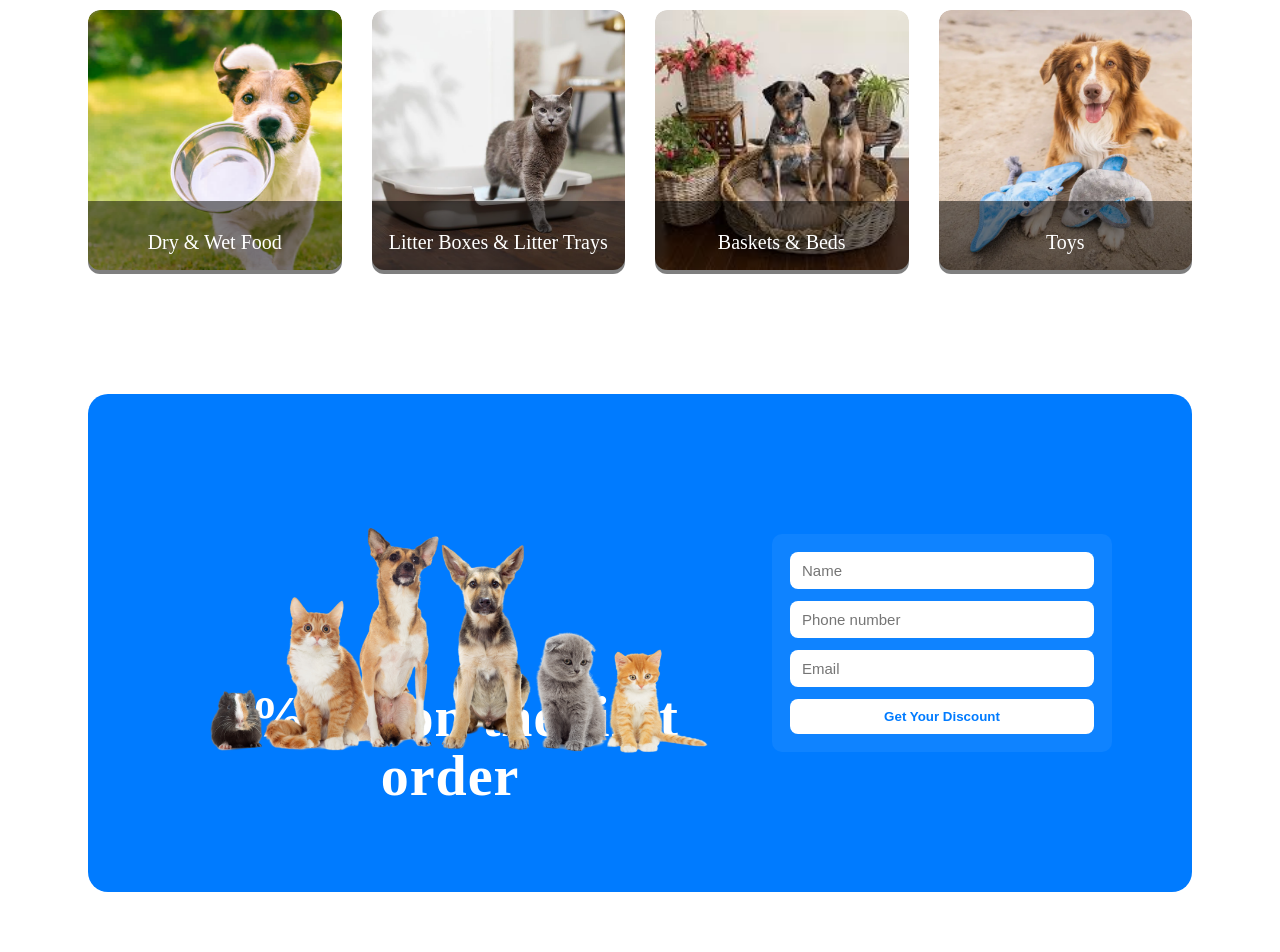
Repository: JuliiaJuliia/pet-shop-frontend
Page: / (app in pet-shop-frontend/)
These files come from the project's save history. The page is drawn as it stood at one moment and after a run of saves; the edit follows.
The browser window is 1280 px wide. The pictures show the part of the page from y = 773 to 1725 px (the page is 1725 px tall).
The project was rebuilt for these pictures with package versions that can differ from the ones it lists, and the page was loaded fresh each time. Also part of the build but not shown: pet-shop-frontend/vite.config.js, pet-shop-frontend/src/pages/CheckoutPage.jsx, pet-shop-frontend/src/api/axios.js, pet-shop-frontend/src/components/ProductList.jsx.

Above is the page before, as saved 2025-11-06 14:54:04.

After the next 2 saves:
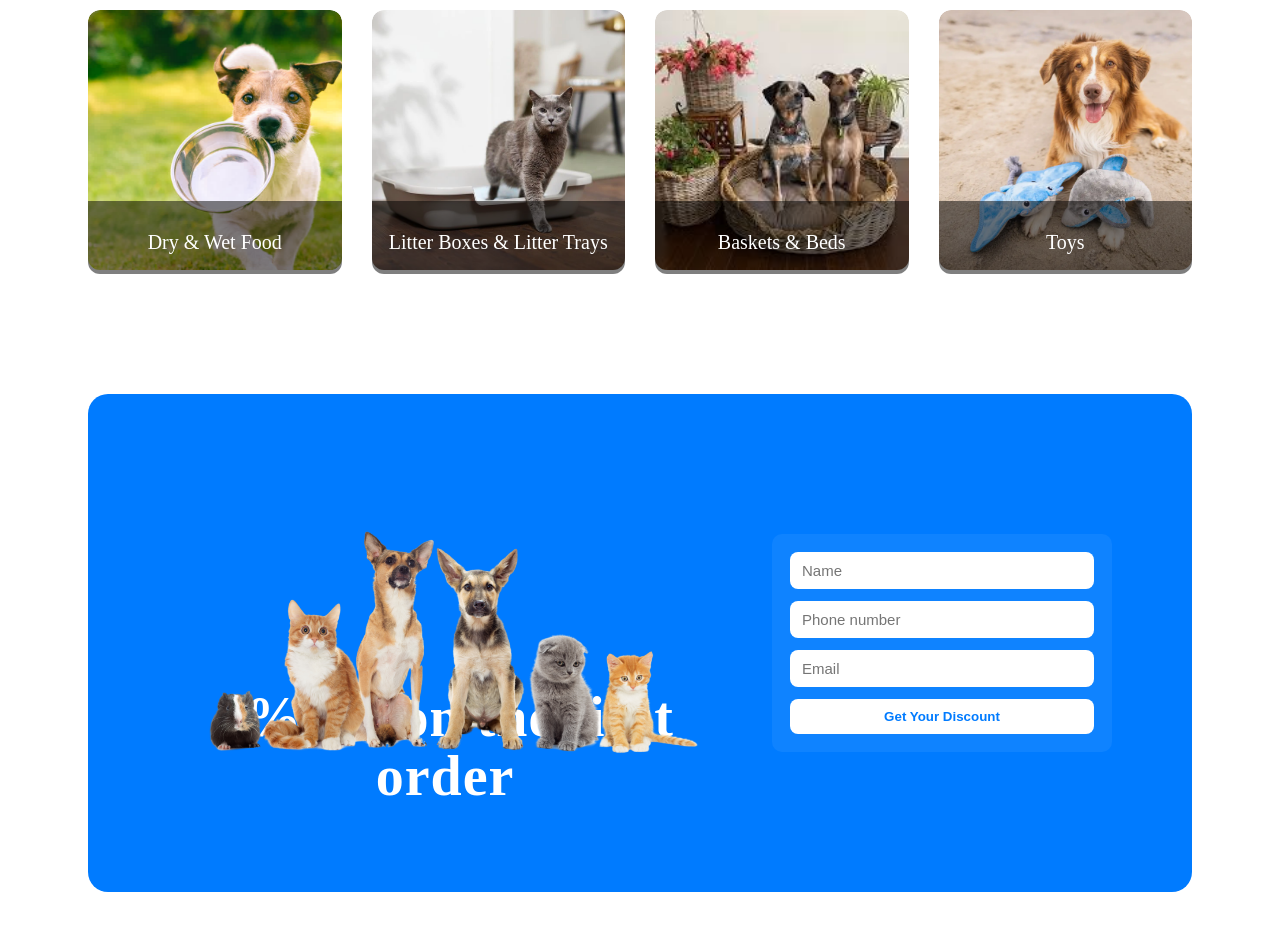
The 2 saves are shown as one change because they came seconds apart.
The last was saved 9 s later.
--- a/pet-shop-frontend/src/components/DiscountBanner.css
+++ b/pet-shop-frontend/src/components/DiscountBanner.css
@@ -30,7 +30,7 @@
     display: flex;
     justify-content: space-between;
     align-items: flex-end;    /* форма вирівнюється по центру вертикалі відносно своєї колонки (але нижній край картинок буде нижче) */
-    gap: 40px;
+    gap: 50px;
     width: 100%;
     position: relative;
     /* Важливо: відсунути вміст трохи вниз щоб він опинився під центральним заголовком */
